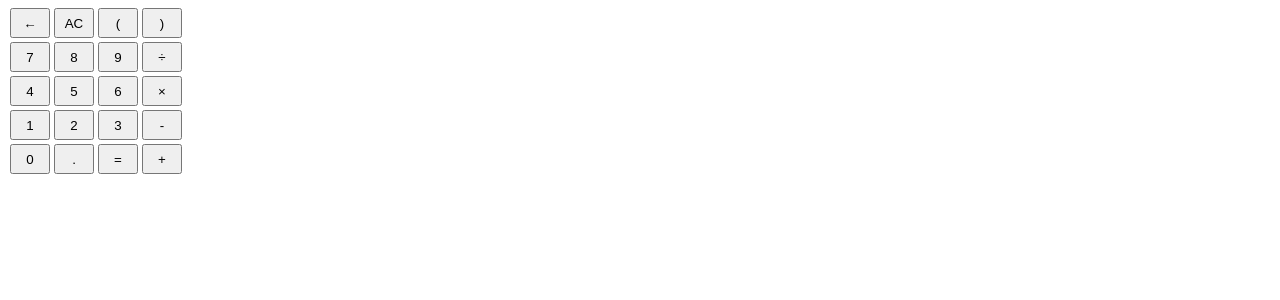
Repository: z1youRA/MyCalculator
Page: index.html
These files come from the project's save history. The page is drawn as it stood at one moment and after the next save; the edit follows.
The browser window is 1280 px wide. The pictures show the whole page.

Above is the page before, as saved 2021-12-19 14:03:24.

After the next save:
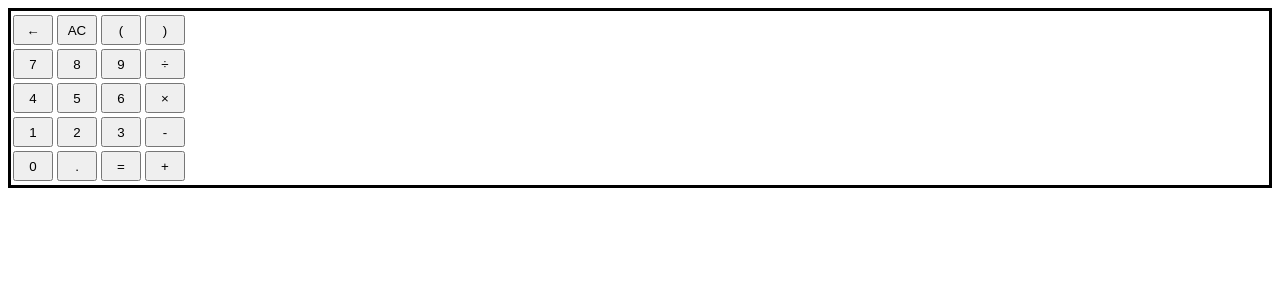
Saved 20 s later.
--- a/css/styles.css
+++ b/css/styles.css
@@ -1,5 +1,5 @@
 .buttons {
-
+    border:solid;
 }
 
 .row {
